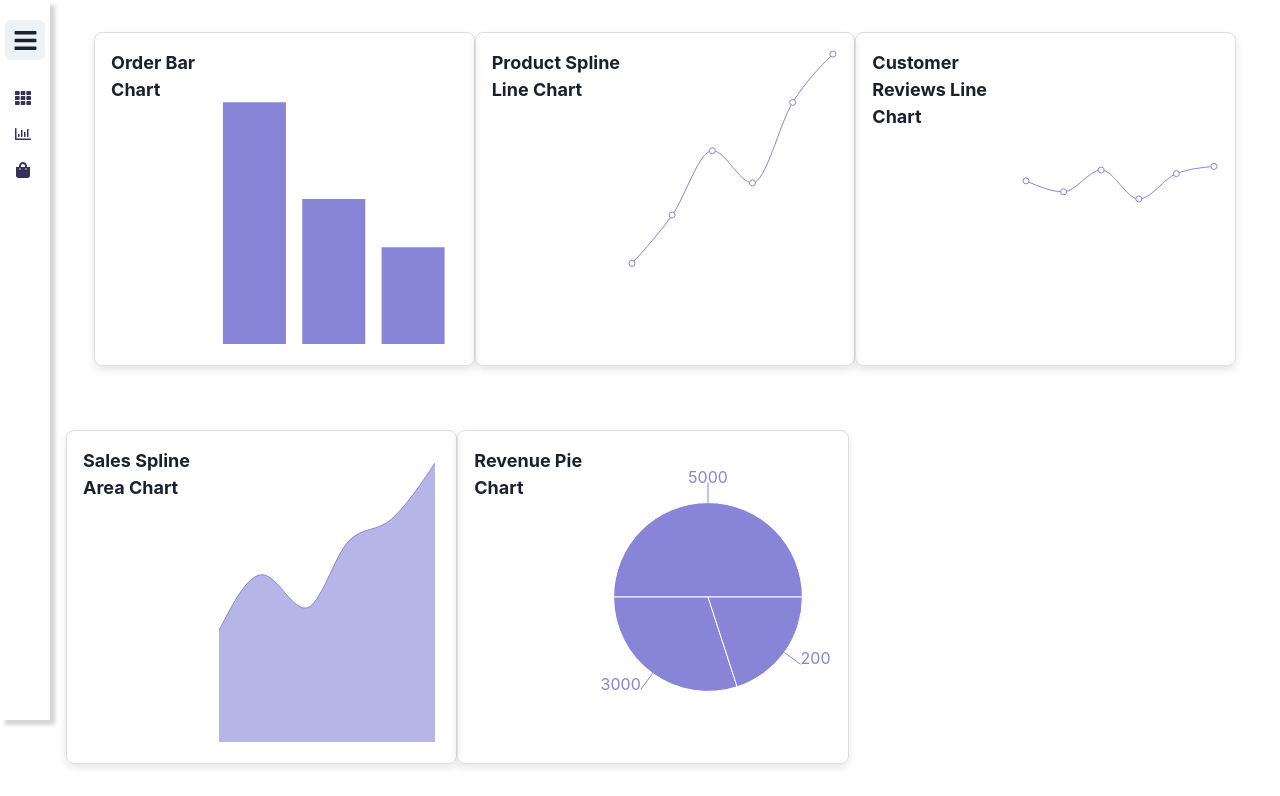
Repository: Andarg01/chakra-dashboard
Page: /analytics
An editor plug-in stored every save of this project. The page is shown before and after the next save, followed by the edit.
The browser window is 1280 px wide. The pictures show the whole page.
The project was rebuilt for these pictures with package versions that can differ from the ones it lists, and the page was loaded fresh each time. Also part of the build but not shown: src/components/ProductModal.tsx, src/components/ProductTable.tsx, src/pages/ProductList.tsx, src/components/Dashboard.tsx.

Above is the page before, as saved 2024-03-09 00:58:48.

After the next save:
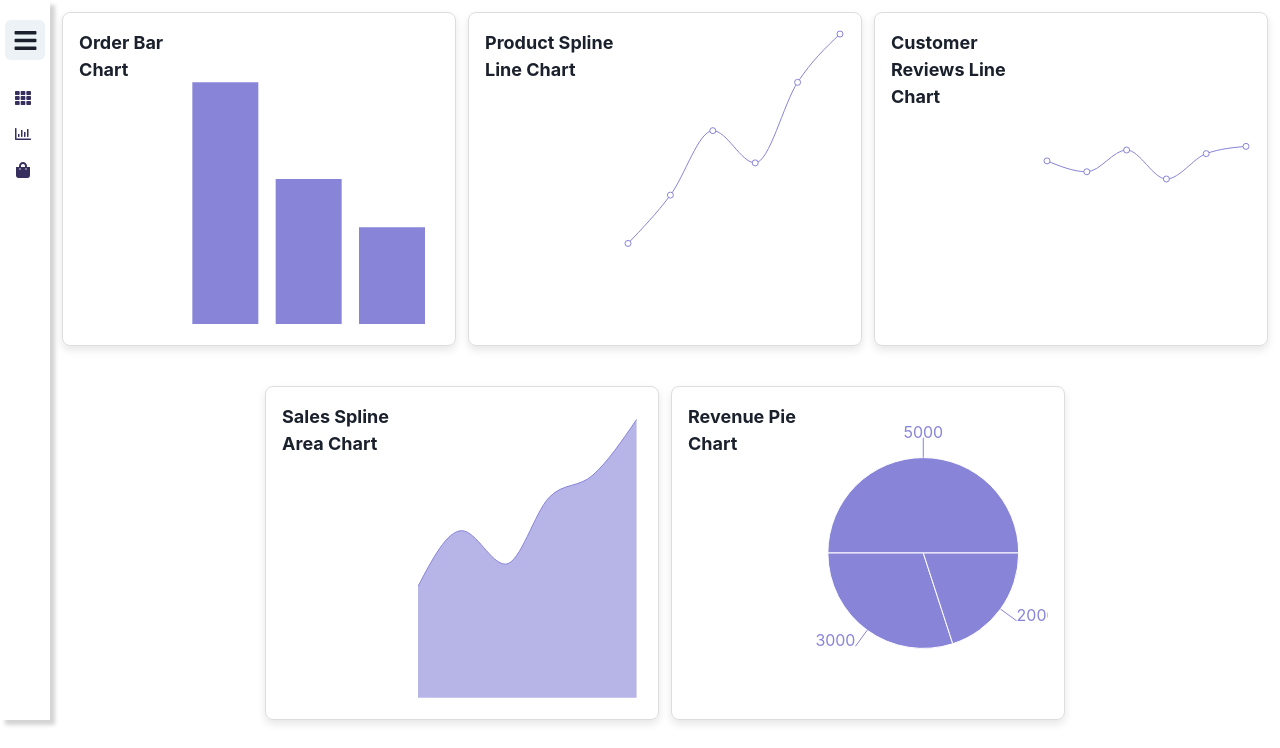
Saved 5 min 44 s later.
--- a/src/pages/Analytics.tsx
+++ b/src/pages/Analytics.tsx
@@ -183,12 +183,12 @@ const OrderBarChart: React.FC = () => {
 const AnalyticalPage: React.FC = () => {
   return (
     <ThemeProvider theme={theme}>
-      <Flex direction="row" flexWrap="wrap" p={8} justify="center">
-      <OrderBarChart />
-      <ProductSplineLineChart />
+      <Flex direction="row" flexWrap="wrap" p={3} justify="center" gap={3}>
+        <OrderBarChart />
+        <ProductSplineLineChart />
         <CustomerReviewsLineChart />
-        </Flex>
-        <Flex direction="row" p={4} flexWrap="wrap">
+      </Flex>
+      <Flex direction="row" p={3} flexWrap="wrap" justify="center" gap={3}>
         <SalesSplineAreaChart />
         <RevenuePieChart />
       </Flex>
